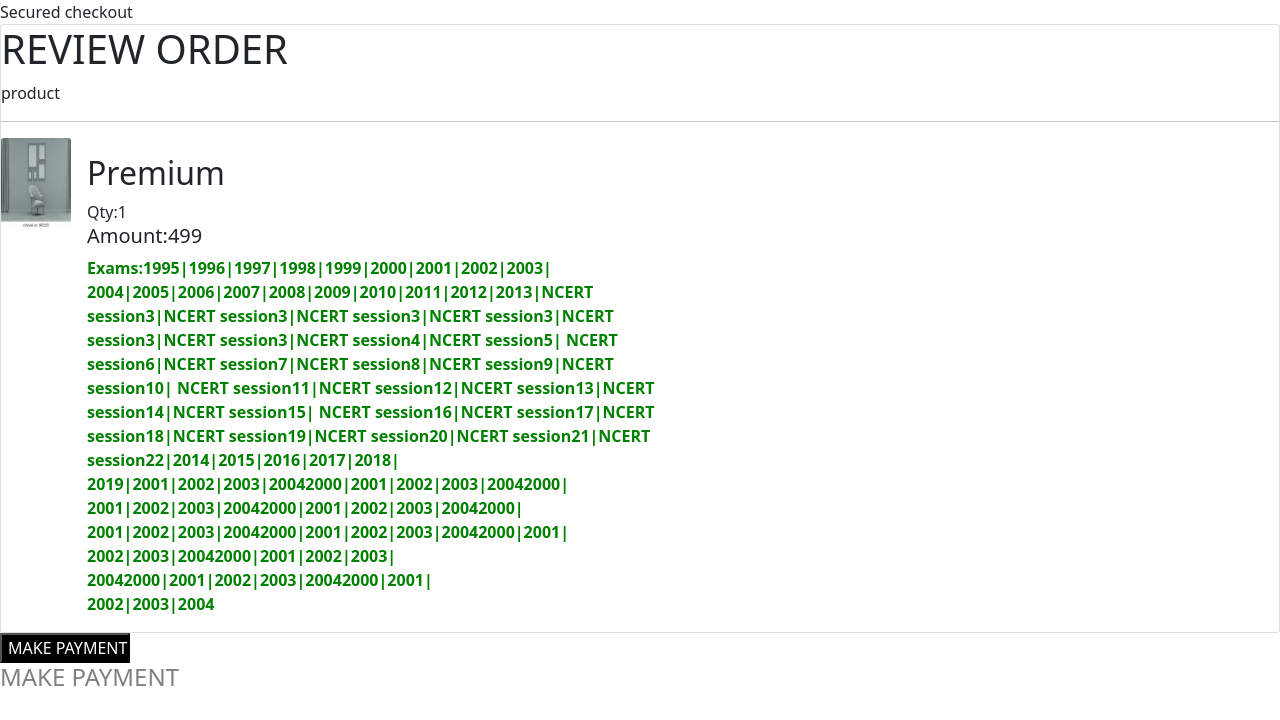
Repository: sreech465/e-prathibha
Page: /checkouts
An editor plug-in stored every save of this project. The page is shown before and after the next save, followed by the edit.
The browser window is 1280 px wide. The pictures show the whole page.
The project was rebuilt for these pictures with package versions that can differ from the ones it lists, and the page was loaded fresh each time. Also part of the build but not shown: src/Redux/Actions.js, src/Components/Register.js, src/Components/Verify.js, src/Components/Header.js, src/Components/Login.js, src/Components/Popup.css, src/Components/Popup.js, src/Components/WritExam.css and 10 more.

Above is the page before, as saved 2022-10-18 19:22:47.

After the next save:
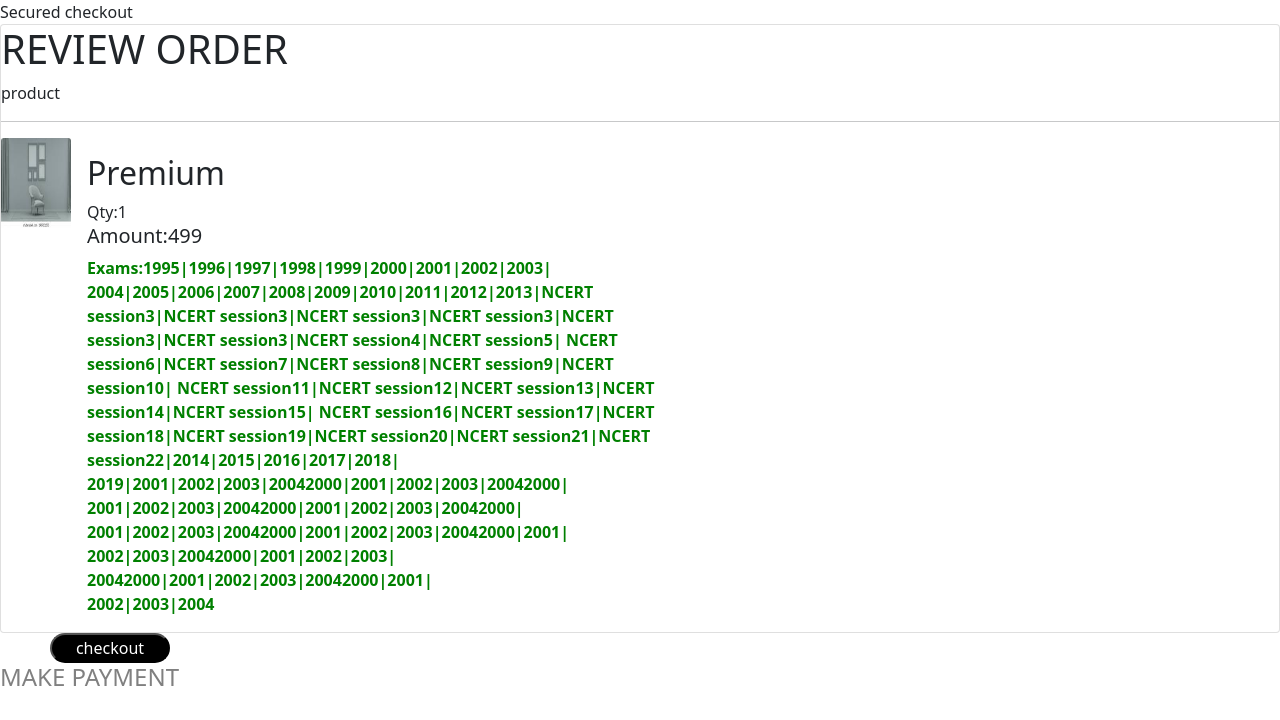
Saved 2 min 3 s later.
--- a/src/Components/Checkouts.js
+++ b/src/Components/Checkouts.js
@@ -2,7 +2,7 @@ import React from "react";
 import { useNavigate } from "react-router-dom";
 const Checkouts = () => {
   const navigate = useNavigate();
-  const handlepay = () => {
+  const handleGet = () => {
     navigate("/finalpage");
   };
   return (
@@ -58,7 +58,7 @@ const Checkouts = () => {
           </div>
         </div>
       </div>
-      <input
+      {/* <input
         style={{
           backgroundColor: "black",
           width: 130,
@@ -68,7 +68,20 @@ const Checkouts = () => {
         type="button"
         value="MAKE PAYMENT"
         onclick={handlepay}
-      />
+      /> */}
+      <button
+        style={{
+          borderRadius: 40,
+          backgroundColor: "black",
+          color: "white",
+          width: 120,
+          height: 30,
+          marginLeft: 50,
+        }}
+        onClick={handleGet}
+      >
+        checkout
+      </button>
       <h4 style={{ color: "gray" }}>MAKE PAYMENT</h4>
     </>
   );
